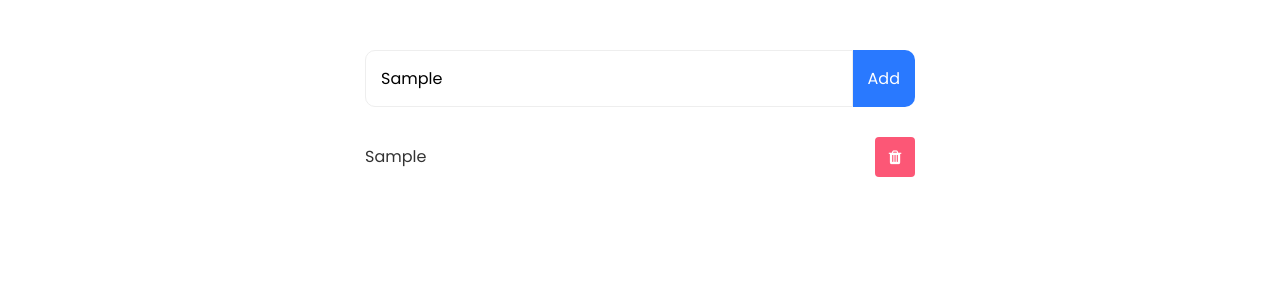
Repository: thuan711/All-about-JS
Page: todo-list.html
The author's editor kept a copy of each file at every save. The page is drawn from the files as they stood at one save, then again after the next save.
The browser window is 1280 px wide. The pictures show the whole page.
Empty fields were first filled with sample values (such as "Sample", 5 or name@example.com).
After loading, the first visible `form.todo-form` was submitted once.

Above is the page before, as saved 2022-12-28 23:41:04.
Console error: TypeError: Cannot read properties of null (reading 'push')

### todo-list.html
<!DOCTYPE html>
<html lang="en">
  <head>
    <meta charset="UTF-8" />
    <meta http-equiv="X-UA-Compatible" content="IE=edge" />
    <title>Todo list</title>
    <link rel="preconnect" href="https://fonts.gstatic.com" />
    <link
      href="https://fonts.googleapis.com/css2?family=Poppins:wght@400;600&display=swap"
      rel="stylesheet"
    />
    <link
      rel="stylesheet"
      href="https://cdnjs.cloudflare.com/ajax/libs/font-awesome/4.7.0/css/font-awesome.min.css"
      integrity="sha512-SfTiTlX6kk+qitfevl/7LibUOeJWlt9rbyDn92a1DqWOw9vWG2MFoays0sgObmWazO5BQPiFucnnEAjpAB+/Sw=="
      crossorigin="anonymous"
    />
    <style>
        html {
            box-sizing: border-box;
          }
          * {
            margin: 0;
            padding: 0;
          }
          *,
          *:before,
          *:after {
            box-sizing: border-box;
          }
          input,
          textarea,
          select,
          button {
            outline: none;
          }
          input {
            line-height: normal;
          }
          label,
          button {
            cursor: pointer;
          }
          a {
            text-decoration: none;
          }
          img {
            display: block;
            max-width: 100%;
          }
          *,
          *:before,
          *:after {
            box-sizing: border-box;
          }
          /* using rem unit */
          html {
            font-size: 62.5%;
          }
          a {
            text-decoration: none;
          }
          img {
            display: block;
            max-width: 100%;
          }
          input,
          button,
          body {
            font-family: "Poppins", sans-serif;
            font-size: 16px;
            line-height: 1;
          }
          .todo {
            padding: 25px;
            margin: 25px auto;
            max-width: 600px;
          }
          .todo-form {
            width: 100%;
            display: flex;
          }
          .todo-submit {
            padding: 15px;
            border: 0;
            background-color: #2979ff;
            color: white;
            border-radius: 0 10px 10px 0;
            flex-shrink: 0;
          }
          .todo-input {
            width: 100%;
            border: 1px solid #eee;
            padding: 15px;
            border-radius: 10px 0 0 10px;
          }
          .todo-item {
            margin-top: 15px;
            display: flex;
            align-items: center;
            padding: 15px 0;
          }
          .todo-text {
            flex: 1;
            font-weight: 300;
            color: #333;
            display: inline-block;
            padding-right: 20px;
            white-space: nowrap;
            max-width: 100%;
            overflow: hidden;
            text-overflow: ellipsis;
            line-height: 1.4;
          }
          .todo-remove {
            flex-shrink: 0;
            width: 40px;
            height: 40px;
            background-color: #fc5776;
            color: white;
            border-radius: 4px;
            cursor: pointer;
            display: flex;
            justify-content: center;
            align-items: center;
          }
    </style>
  </head>
  <body>
    <div class="todo">
      <form class="todo-form" autocomplete="off">
        <input
          type="text"
          name="todo"
          placeholder="Enter your task"
          class="todo-input"
        />
        <button class="todo-submit" type="submit">Add</button>
      </form>
      <div class="todo-list">
        <!-- <div class="todo-item">
          <span class="todo-text">Learning english</span>
          <i class="fa fa-trash todo-remove" data-value="Learning english"></i>
        </div> -->
      </div>
    </div>
    <script src="event/todo-list.js"></script>
  </body>
</html>

### event/todo-list.js
window.addEventListener("load", function(){
    const form = document.querySelector(".todo-form");
    const todoList = document.querySelector(".todo-list");
    let todos = localStorage ? JSON.parse(localStorage.getItem("todoList")) : [];
    if(Array.isArray(todos) && todos.length > 0){
        [...todos].forEach(item => createTodoItem(item));
    }
    function createTodoItem (title){
        const teamplate = `<div class="todo-item">
        <span class="todo-text">${title}</span>
        <i class="fa fa-trash todo-remove"></i>
      </div>`;
      todoList.insertAdjacentHTML("beforeend", teamplate);
    }
    form.addEventListener("submit", function(e){
        e.preventDefault();
        const todoVal = this.elements["todo"].value;
        createTodoItem(todoVal);
        todos.push(todoVal);
        console.log(todos);
        localStorage && JSON.parse(localStorage.getItem("todos"));
        this.elements["todo"].value = "";
    });
});

After the next save:
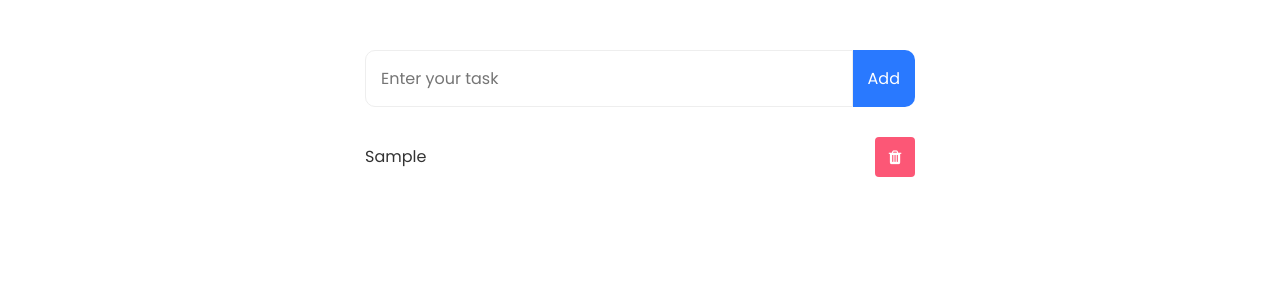
The error is gone.
Saved 10 h 29 min later.
--- a/event/todo-list.js
+++ b/event/todo-list.js
@@ -1,24 +1,45 @@
-window.addEventListener("load", function(){
+window.addEventListener("load", function () {
+    // Variables declaration
     const form = document.querySelector(".todo-form");
     const todoList = document.querySelector(".todo-list");
-    let todos = localStorage ? JSON.parse(localStorage.getItem("todoList")) : [];
-    if(Array.isArray(todos) && todos.length > 0){
-        [...todos].forEach(item => createTodoItem(item));
+    let todos = JSON.parse(localStorage.getItem("todoList")) || [];
+    // console.log("localStorage", localStorage);
+
+    // console.log("todos", todos);
+    if (Array.isArray(todos) && todos.length > 0) {
+      [...todos].forEach((item) => createTodoItem(item));
     }
-    function createTodoItem (title){
-        const teamplate = `<div class="todo-item">
-        <span class="todo-text">${title}</span>
-        <i class="fa fa-trash todo-remove"></i>
-      </div>`;
-      todoList.insertAdjacentHTML("beforeend", teamplate);
+    function createTodoItem(title) {
+      const template = `<div class="todo-item">
+      <span class="todo-text">${title}</span>
+      <i class="fa fa-trash todo-remove"></i>
+    </div>`;
+      todoList.insertAdjacentHTML("beforeend", template);
     }
-    form.addEventListener("submit", function(e){
-        e.preventDefault();
-        const todoVal = this.elements["todo"].value;
-        createTodoItem(todoVal);
-        todos.push(todoVal);
-        console.log(todos);
-        localStorage && JSON.parse(localStorage.getItem("todos"));
-        this.elements["todo"].value = "";
+
+    form.addEventListener("submit", function (e) {
+      e.preventDefault();
+      const todoVal = this.elements["todo"].value;
+      if (!todoVal) return;
+      // Main code
+      createTodoItem(todoVal);
+      todos.push(todoVal);
+      localStorage && localStorage.setItem("todoList", JSON.stringify(todos));
+      // save to localStorage
+      this.elements["todo"].value = "";
     });
-});
+
+    // Handle remove todo
+    todoList.addEventListener("click", function (e) {
+      if (e.target.matches(".todo-remove")) {
+        // remove todo in DOM
+        const todo = e.target.parentNode;
+        todo.parentNode.removeChild(todo);
+        // remove todo in localStorage
+        const todoText = e.target.previousElementSibling.textContent;
+        const index = todos.findIndex((item) => item === todoText);
+        todos.splice(index, 1);
+        localStorage.setItem("todoList", JSON.stringify(todos));
+      }
+    });
+  });
